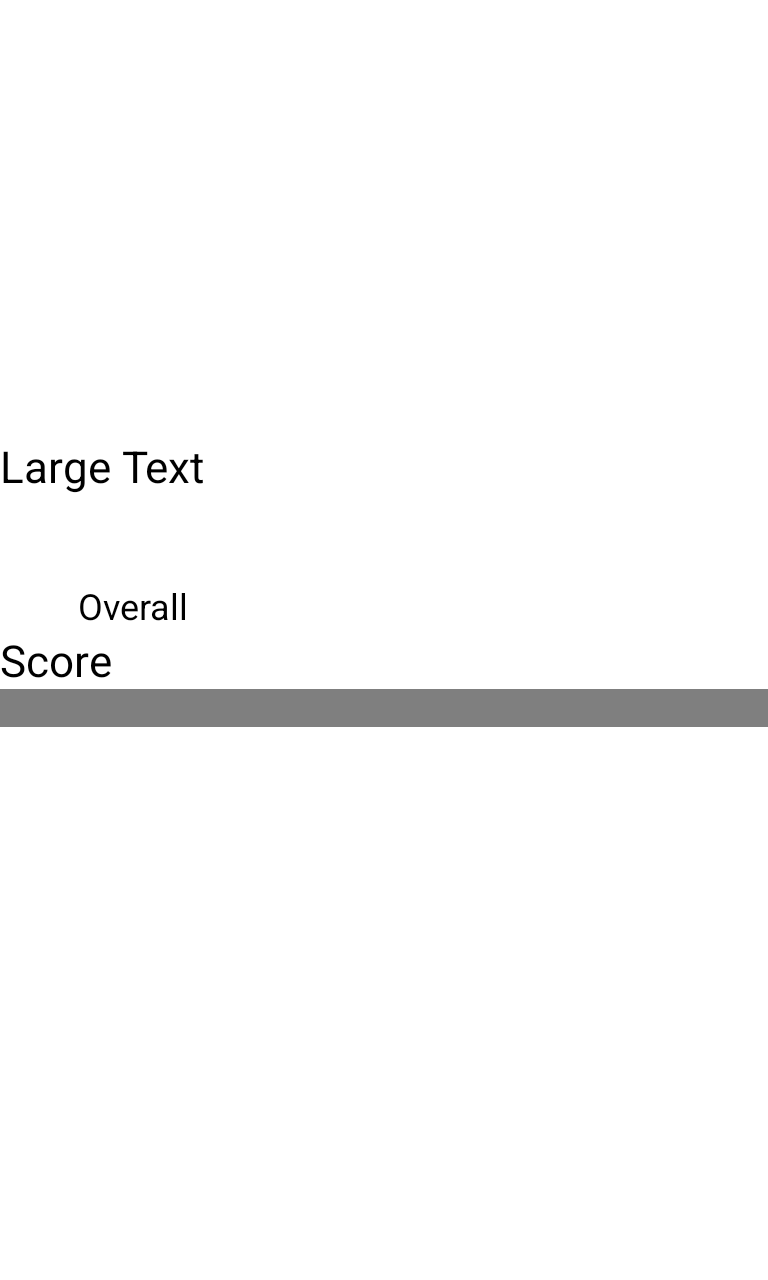
Repository: colincove/CreativeCritic
Layout: workspace/CreativeCritic/res/layout/activity_category_screen.xml
The author's editor kept a copy of each file at every save. The layout is drawn from the files as they stood at one save, then again after the next save.
Pictures or frames that could not be fetched are drawn as grey boxes. It is drawn on a 768 x 1280 px phone screen (xhdpi) without system bars, with theme AppTheme; the app's code is not run.

Above is the layout before, as saved 2013-11-28 07:29:16.

### workspace/CreativeCritic/res/layout/activity_category_screen.xml
<LinearLayout xmlns:android="http://schemas.android.com/apk/res/android"
    xmlns:tools="http://schemas.android.com/tools"
    android:id="@+id/container"
    android:layout_width="match_parent"
    android:layout_height="match_parent"
    tools:context=".CategoryScreen"
    tools:ignore="MergeRootFrame"
    android:orientation="vertical" >
 <HorizontalScrollView
            android:layout_width="match_parent"
            android:layout_height="200dp">
    <LinearLayout android:orientation="horizontal"
        android:id="@id/category_image_view"
        android:layout_height="match_parent"
        android:layout_width="wrap_content"
        >
    </LinearLayout>
</HorizontalScrollView >
        <TextView
            android:id="@+id/categoryTitleTextView"
            android:layout_width="wrap_content"
            android:layout_height="wrap_content"
            android:layout_marginTop="18dp"
            android:text="Large Text"
            android:textAppearance="?android:attr/textAppearanceLarge" />

        <TextView
            android:id="@+id/generalScoreTextView"
            android:layout_width="wrap_content"
            android:layout_height="wrap_content"
            android:layout_alignParentLeft="true"
            android:layout_marginLeft="39dp"
            android:layout_marginTop="43dp"
            android:text="Overall"
            android:textAppearance="?android:attr/textAppearanceMedium" />

        <TextView
            android:id="@+id/scoreNumberTextView"
            android:layout_width="wrap_content"
            android:layout_height="wrap_content"
            android:text="Score"
            android:textAppearance="?android:attr/textAppearanceLarge" />

        <fragment android:name = "com.example.creativecritic.MyListFragment"
            android:id = "@id/list_fragment"
            android:layout_width="fill_parent"
            android:layout_height="wrap_content"
            >
            </fragment>


</LinearLayout>

Loaded but not shown: workspace/CreativeCritic/res/values/styles.xml (common file); workspace/CreativeCritic/res/values-v11/styles.xml (common file); workspace/CreativeCritic/res/values-v14/styles.xml (common file)

After the next save:
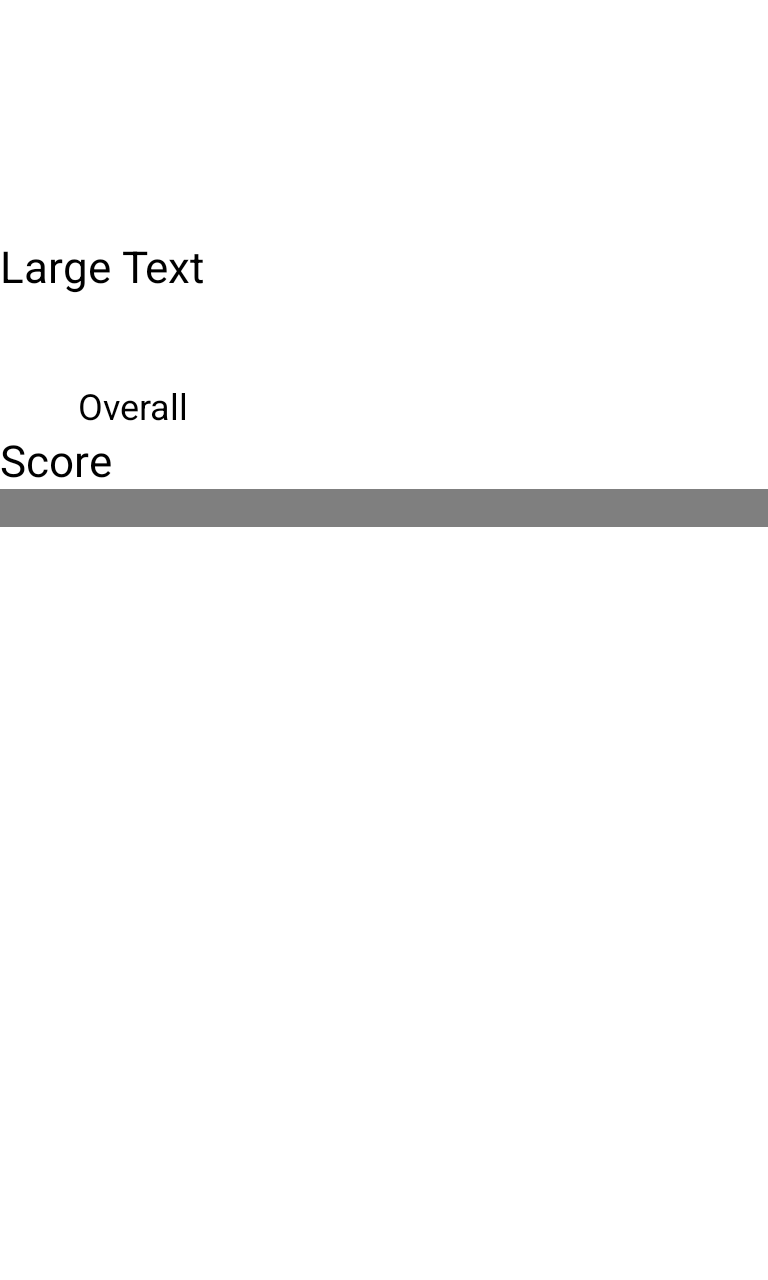
Saved 24 s later.
--- a/workspace/CreativeCritic/res/layout/activity_category_screen.xml
+++ b/workspace/CreativeCritic/res/layout/activity_category_screen.xml
@@ -8,7 +8,7 @@
     android:orientation="vertical" >
  <HorizontalScrollView
             android:layout_width="match_parent"
-            android:layout_height="200dp">
+            android:layout_height="100dp">
     <LinearLayout android:orientation="horizontal"
         android:id="@id/category_image_view"
         android:layout_height="match_parent"
